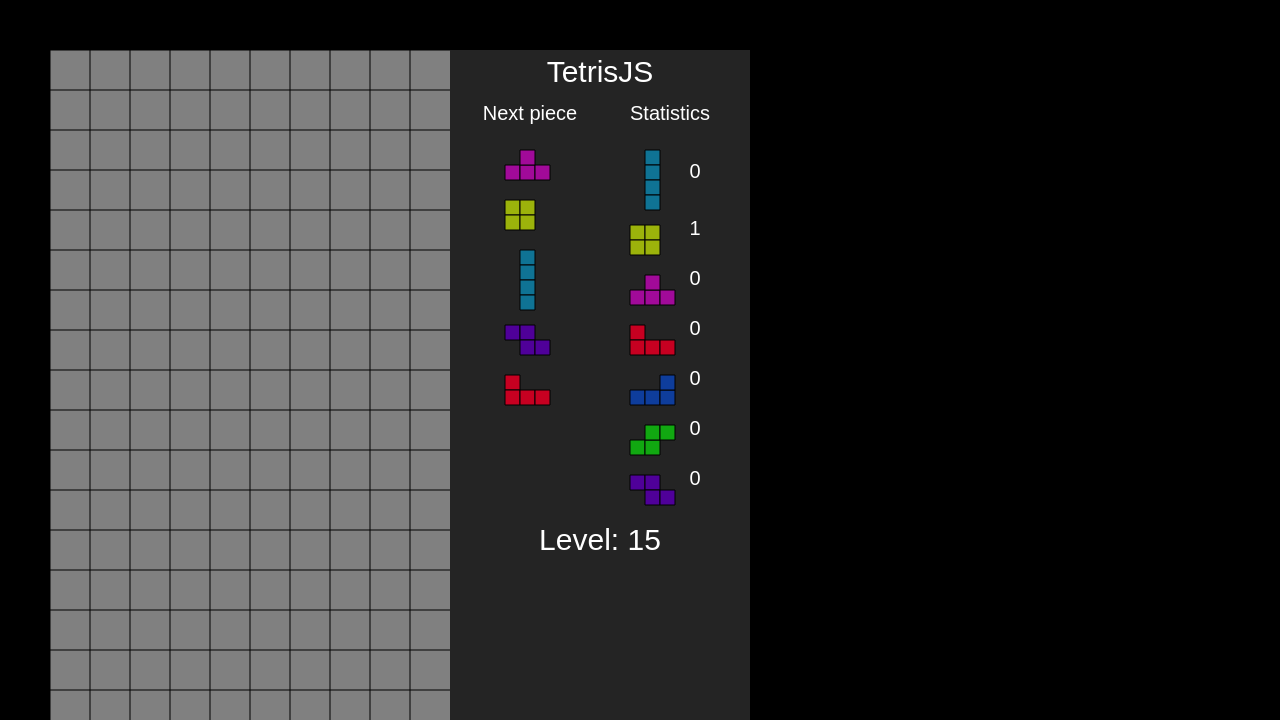
Repository: hosua/TetrisJS
Page: index.html
These files come from the project's save history. The page is drawn as it stood at one moment and after the next save; the edit follows.
The browser window is 1280 px wide. The pictures show the whole page.

Above is the page before, as saved 2023-11-07 20:00:43.

### index.html
<html lang="en">
	<link rel="stylesheet" href="style.css">
	<head>
		<meta charset="UTF-8" />
		<meta name="viewport" content="width=device-width, initial-scale=1.0" />
		<title>TetrisJS</title>
	</head>
	<body>
		<canvas id="background-canvas" width="700" height="800"></canvas>
		<canvas id="tetris-canvas" width="400" height="800"></canvas>

		<script type="module" src="./src/main.js"></script>
	</body>
</html>

### src/main.js
import { GFX, Tetris, Tetronimo, P_TYPE, KEY } from "./Tetris.js"

const FALL_TICK = 200; // If we ever implement levels, this determines the difficulty
const DELAY_TICK = 200; // additional wait time after a piece lands
const CLEAR_DELAY = 200; // additional wait time before a line is cleared

let gfx = new GFX();
let tetris = new Tetris(15);

function handle_input(e) {
	let keycode = e.keyCode;
	console.log(`Pressing ${keycode}`);
	switch (keycode) {
		case KEY.LEFT:
		case KEY.RIGHT:
		case KEY.DOWN:
			tetronimo.move(keycode, tetris);
			break;
		case KEY.X:
		case KEY.Z:
			tetronimo.rotate(keycode, tetris);
			break;
		case KEY.SPACE:
			tetronimo.hard_drop(tetris);
			break;
	}
	gfx.draw_all_game_elements(tetris.grid, tetronimo);
}

document.addEventListener('keydown', (e) => { return handle_input(e); });

let tetronimo = tetris.queue.shift();
tetris.piece_counter[tetronimo.type]++;

while (true) {
	while (!tetris.check_gameover()) {
		gfx.draw_ui_all(tetris);
		while (tetronimo.fall(tetris.grid)) {
			gfx.draw_all_game_elements(tetris.grid, tetronimo);
			await new Promise(resolve => setTimeout(resolve, tetris.fall_tick));
			console.log(`fall tick: ${tetris.fall_tick}`);
		}
		tetronimo = tetris.queue.shift();
		tetris.queue.push(tetris.spawn_rand_piece());
		tetris.piece_counter[tetronimo.type]++;

		let lines_cleared_this_turn = tetris.clear_lines();
		if (lines_cleared_this_turn > 0) {
			await new Promise(resolve => setTimeout(resolve, CLEAR_DELAY));
			gfx.draw_all_game_elements(tetris.grid, tetronimo);
			tetris.score_keeper(lines_cleared);
		}
		await new Promise(resolve => setTimeout(resolve, DELAY_TICK));
	}
	gfx = new GFX();
	tetris = new Tetris();
}

### src/Tetris.js
const bg_canvas = document.getElementById("background-canvas");
const tetris_canvas = document.getElementById("tetris-canvas");

const BG_COLOR = "#242424";
const FIELD_COLOR = "grey";
const PLAYFIELD_YMAX = 25;
const PLAYFIELD_XMAX = 10;
const Y_OFF = 5;

export const KEY = {
	SPACE: 32, 								// hard drop
	LEFT: 37, UP: 38, RIGHT: 39, DOWN: 40,  // move piece
	C: 67, 									// hold piece
	P: 80, 									// pause
	X: 88, 									// rotate right
	Z: 90, 									// rotate left
};

export const P_TYPE = {
	NONE: 0,
	I: 1, O: 2, T: 3, S: 4,
	Z: 5, J: 6, L: 7,
}

const P_COLORS = {
	[P_TYPE.I]: "#0f7394", [P_TYPE.O]: "#9cb30b", [P_TYPE.T]: "#a10a99",
	[P_TYPE.S]: "#11a811", [P_TYPE.Z]: "#4f0099", [P_TYPE.J]: "#c70021",
	[P_TYPE.L]: "#0e3d9c",
}

export class Tetronimo {
	constructor(piece_type) {
		this.type = piece_type;
		this.origin = [0, 0];
		this.blocks = Array(4).fill([0, 0]); // block positions relative to origin
		this.spawn_piece();
	}

	print() {
		console.log(this.origin);
		console.log(this.blocks);
	}

	// Since collision detection can usually be solved by checking mins and maxes, some helper methods
	// for getting them are implemented
	min_x() {
		let res = Number.MAX_SAFE_INTEGER;
		for (let block of this.blocks)
			res = Math.min(res, block[0] + this.origin[0]);
		return res;
	}

	max_x() {
		let res = Number.MIN_SAFE_INTEGER;
		for (let block of this.blocks)
			res = Math.max(res, block[0] + this.origin[0]);
		return res;
	}

	min_y() {
		let res = Number.MAX_SAFE_INTEGER;
		for (let block of this.blocks)
			res = Math.min(res, block[1] + this.origin[1]);
		return res;
	}

	max_y() {
		let res = Number.MIN_SAFE_INTEGER;
		for (let block of this.blocks)
			res = Math.max(res, block[1] + this.origin[1]);
		return res;
	}

	// check if valid move by making a copy of the tetronimo's new position and checking if there is
	// any overlap with the grid.
	// Returns true if the new move is valid
	check_move(grid, dx, dy) {
		for (let block of this.blocks) {
			let nx = this.origin[0] + dx + block[0];
			let ny = this.origin[1] + dy + block[1];
			if (grid[ny][nx] !== P_TYPE.NONE)
				return false;
		}
		return true;
	}

	spawn_piece() {
		this.origin = [5, 4];
		switch (this.type) {
			case P_TYPE.I:
				this.blocks = [[0, -1], [0, 0], [0, 1], [0, 2]];
				break;
			case P_TYPE.O:
				this.blocks = [[-1, -1], [-1, 0], [0, -1], [0, 0]];
				break;
			case P_TYPE.T:
				this.blocks = [[-1, 0], [0, 0], [1, 0], [0, -1]];
				break;
			case P_TYPE.S:
				this.blocks = [[-1, 0], [0, 0], [0, -1], [1, -1]];
				break;
			case P_TYPE.Z:
				this.blocks = [[-1, -1], [0, -1], [0, 0], [1, 0]];
				break;
			case P_TYPE.J:
				this.blocks = [[-1, -1], [-1, 0], [0, 0], [1, 0]];
				break;
			case P_TYPE.L:
				this.blocks = [[-1, 0], [0, 0], [1, 0], [1, -1]];
				break;
		}
	}

	// This will check the grid to see if the piece can fall down. If it can, it will move piece down once.
	// returns true if still falling
	fall(grid) {
		let can_fall = true;
		for (let block of this.blocks) {
			let x = this.origin[0] + block[0];
			let y = this.origin[1] + block[1];
			// console.log(x, y);
			// check if min y pos is at bottom
			if (y === PLAYFIELD_YMAX - 1) { // at bottom
				can_fall = false;
			} else if (grid[y + 1][x] !== P_TYPE.NONE) { // if below piece is non-empty
				can_fall = false;
			}
			if (!can_fall)
				break;
		}


		if (can_fall) {
			// move down
			this.origin[1] += 1;
		} else {
			// set to grid
			for (let block of this.blocks) {
				let x = this.origin[0] + block[0];
				let y = this.origin[1] + block[1];
				grid[y][x] = this.type;
			}
		}

		return can_fall;
	}

	move(keycode, tetris) {

		switch (keycode) {
			case KEY.LEFT:
				if (this.min_x() > 0 && this.check_move(tetris.grid, -1, 0))
					this.origin[0]--;
				break;
			case KEY.DOWN:
				if (this.max_y() < PLAYFIELD_YMAX - 1 && this.check_move(tetris.grid, 0, +1)) {
					this.origin[1]++;
					tetris.score += 1; // This will add 1 extra point for every block hard/soft dropped.
				}
				break;
			case KEY.RIGHT:
				if (this.max_x() < PLAYFIELD_XMAX - 1 && this.check_move(tetris.grid, +1, 0))
					this.origin[0]++;
				break;
			case KEY.UP: // This should be removed when were no longer testing
				if (this.max_y() > 0 && this.check_move(tetris.grid, 0, -1))
					this.origin[1]--;
				break;
			default:
				console.log("Error: Move has wrong key: ", keycode);
				break;
		}
	}

	rotate(keycode, tetris) {
		// We cannot rotate O
		if (this.type === P_TYPE.O)
			return;

		// Returns the rotated version of the blocks.
		const get_rotated = (keycode) => {
			// This is a separate function because we want a copy of the rotated
			// piece before actually rotating it to check if the rotation overlaps
			// with another piece, or falls outside the boundaries of the tetris.grid.
			let rotated = this.blocks.map((coord) => { return coord.slice() }); // create hard copy
			if (keycode === KEY.Z) {
				for (let coord of rotated) {
					let x = coord[0];
					let y = coord[1];
					coord[0] = y;
					coord[1] = -x;
				}
			} else if (keycode === KEY.X) {
				for (let coord of rotated) {
					let x = coord[0];
					let y = coord[1];
					coord[0] = -y;
					coord[1] = x;
				}
			}
			return rotated;
		}

		let can_rotate = true;
		let rotated = get_rotated(keycode);
		for (let rot of rotated) {
			let rx = this.origin[0] + rot[0];
			let ry = this.origin[1] + rot[1];
			// first, check if rotated position is within the boundaries of the grid
			if (rx < 0 || rx >= PLAYFIELD_XMAX || ry < 0 || ry >= PLAYFIELD_YMAX) {
				can_rotate = false;
				break;
			}
			// second, check if the rotated position overlaps with any
			// other pieces already on the grid
			if (tetris.grid[ry][rx] !== P_TYPE.NONE) {
				can_rotate = false;
				break;
			}
		}
		if (can_rotate)
			this.blocks = rotated;
	}

	hard_drop(tetris) {
		while (this.fall(tetris.grid)) {
			this.move(KEY.DOWN, tetris);
		}
	}
}

// Actual Tetris Logic
export class Tetris {
	constructor(start_level = 0) {
		this.grid = Array(PLAYFIELD_YMAX).fill().map(
			() => Array(PLAYFIELD_XMAX).fill(P_TYPE.NONE)
		);
		this.piece_counter = { [P_TYPE.I]: 0, [P_TYPE.O]: 0, [P_TYPE.T]: 0, [P_TYPE.J]: 0, [P_TYPE.L]: 0, [P_TYPE.S]: 0, [P_TYPE.Z]: 0 }

		this.score = 0;
		this.level = start_level;
		this.lines_cleared = 0;
		this.tetris_count = 0;
		this.fall_tick = 0; // ms per grid
		this.update_fall_speed();

		this.queue = [];
		this.populate_queue()
	}

	print_grid() { console.log(this.grid); }

	populate_queue(n = 10) {
		this.queue = [];
		for (let i = 0; i < n; i++)
			this.queue.push(this.spawn_rand_piece())
	}

	// If any pieces land above where the game renders, it's game over
	check_gameover() {
		for (let y = 3; y < 5; y++) {
			for (let x = 0; x < PLAYFIELD_XMAX; x++) {
				if (this.grid[y][x] !== P_TYPE.NONE) {
					console.log("Game over!");
					return true;
				}
			}
		}
		return false;
	}

	spawn_rand_piece() {
		let rand_type = Math.round(Math.random() * (P_TYPE.L - 1) + 1);
		return new Tetronimo(rand_type);
	}

	// checks and clears all full lines, returns how many lines were cleared
	clear_lines() {
		console.log("Checking for full lines");
		let lines_cleared = 0;
		// Do a downward scan to see if line is full
		for (let y = 5; y < PLAYFIELD_YMAX; y++) {
			console.log(`y: ${y}`);
			let is_full = true;

			// scan the line
			for (let x = 0; x < PLAYFIELD_XMAX; x++) {
				if (this.grid[y][x] === P_TYPE.NONE) {
					is_full = false;
					break;
				}
			}

			if (is_full) {
				console.log(`Detected full line at ${y}`);
				// clear the current line
				for (let x = 0; x < PLAYFIELD_XMAX; x++) {
					this.grid[y][x] = P_TYPE.NONE;
				}
				// shift all lines above from current y coordinate down 1
				for (let yy = y; yy >= 5; yy--) {
					this.grid[yy] = this.grid[yy - 1]
				}
				lines_cleared++; // will be used for scoring when it's implemented
			}
		}
		return lines_cleared;
	}

	score_keeper(lines_cleared) {
		// n = level
		// 1 line 		2 line 			3 line 			4 line
		// 40 * (n + 1)	100 * (n + 1)	300 * (n + 1)	1200 * (n + 1)
		switch (lines_cleared) {
			case 1:
				this.score += 40 * (this.level + 1);
				break;
			case 2:
				this.score += 100 * (this.level + 1);
				break;
			case 3:
				this.score += 300 * (this.level + 1);
				break;
			case 4:
				this.score += 1200 * (this.level + 1);
				break;
		}
	}

	// When level up happens, speed up the fall speed.
	update_fall_speed() {
		if (this.level < 9)
			this.fall_tick = (48 - (5 * (this.level + 1))) * 61;
		else if (this.level == 9)
			this.fall_tick = 6 * 61;
		else if (this.level < 13)
			this.fall_tick = 5 * 61;
		else if (this.level < 16)
			this.fall_tick = 4 * 61;
		else if (this.level < 16)
			this.fall_tick = 3 * 61;
		else if (this.level < 19)
			this.fall_tick = 2 * 61;
		else
			this.fall_tick = 1 * 61;
	}
}

// Tetronimo objects for drawing UI
const TET_UI = [
	new Tetronimo(P_TYPE.I),
	new Tetronimo(P_TYPE.O),
	new Tetronimo(P_TYPE.T),
	new Tetronimo(P_TYPE.J),
	new Tetronimo(P_TYPE.L),
	new Tetronimo(P_TYPE.S),
	new Tetronimo(P_TYPE.Z),
]

export class GFX {
	constructor() {
		bg_canvas.style.position = "absolute";
		tetris_canvas.style.position = "absolute";
		bg_canvas.style.top = "50";
		bg_canvas.style.left = "50";
		tetris_canvas.style.top = "50";
		tetris_canvas.style.left = "50";
		this.ui_offset = tetris_canvas.width;
		this.ui_width = bg_canvas.width - tetris_canvas.width;
	}


	draw_playfield() {
		const ctx = tetris_canvas.getContext("2d");
		ctx.fillStyle = FIELD_COLOR;
		ctx.fillRect(0, 0, tetris_canvas.width, tetris_canvas.height);
	}

	draw_gridlines() {
		const ctx = tetris_canvas.getContext("2d");
		const horiz_inc = tetris_canvas.height / 20;
		const vert_inc = tetris_canvas.width / 10;

		// Draw horizontal lines
		for (let y = 0; y < tetris_canvas.height; y += horiz_inc) {
			ctx.beginPath();
			ctx.moveTo(0, y);
			ctx.lineTo(tetris_canvas.width, y);
			ctx.stroke();
		}
		// Draw vertical lines
		for (let x = 0; x < tetris_canvas.width; x += vert_inc) {
			ctx.beginPath();
			ctx.moveTo(x, 0);
			ctx.lineTo(x, tetris_canvas.height);
			ctx.stroke();
		}
	}

	// Draw the actual pieces and shit on the 2d grid (except the piece currently in motion)
	draw_grid_elements(grid) {
		const ctx = tetris_canvas.getContext("2d");
		const horiz_inc = tetris_canvas.height / 20;
		const vert_inc = tetris_canvas.width / 10;

		for (let y = PLAYFIELD_YMAX - 1; y >= PLAYFIELD_YMAX - 20; y--) {
			for (let x = 0; x < PLAYFIELD_XMAX; x++) {
				// dx, dy are drawing coords
				let dx = x * horiz_inc;
				let dy = (y - Y_OFF) * vert_inc;
				if (grid[y][x] != P_TYPE.NONE) {
					ctx.fillStyle = P_COLORS[grid[y][x]];
					ctx.beginPath();
					ctx.rect(dx, dy, horiz_inc, vert_inc);
					ctx.fill();
					ctx.stroke();
				}
			}
		}
	}

	// this will draw the tetronimo in motion
	// We are avoiding putting the tetronimo on the actual grid until it lands, this way we don't
	// have to handle creating and destroying the blocks every time it shifts down once.
	draw_falling_tetronimo(tetronimo) {
		const ctx = tetris_canvas.getContext("2d");
		const horiz_inc = tetris_canvas.height / 20;
		const vert_inc = tetris_canvas.width / 10;

		let origin = tetronimo.origin;
		let blocks = tetronimo.blocks;
		let p_type = tetronimo.type;

		ctx.fillStyle = P_COLORS[p_type];
		for (let block of blocks) {
			let dx = (origin[0] + block[0]) * horiz_inc;
			let dy = (origin[1] + block[1] - Y_OFF) * vert_inc;
			ctx.beginPath();
			ctx.rect(dx, dy, horiz_inc, vert_inc);
			ctx.fill();
			ctx.stroke();
		}
	}

	draw_all_game_elements(grid, tetronimo) {
		// this.draw_background();
		this.draw_playfield();
		this.draw_grid_elements(grid);
		this.draw_gridlines();
		this.draw_falling_tetronimo(tetronimo);
	}

	/* UI drawing methods below */

	draw_ui_all(tetris) {
		this.draw_ui_background();
		this.draw_ui_text("TetrisJS", 30, this.ui_offset + (this.ui_width / 2), 32);
		this.draw_ui_stats(tetris.piece_counter);
		this.draw_ui_queue(tetris);
		this.draw_ui_text("Made by Hoswoo", 20, this.ui_offset + (this.ui_width / 2), bg_canvas.height - 25);
		this.draw_ui_score(tetris);
		this.draw_ui_level(tetris)
	}

	draw_ui_background() {
		const ctx = bg_canvas.getContext("2d");
		ctx.fillStyle = BG_COLOR;
		ctx.fillRect(0, 0, bg_canvas.width, bg_canvas.height);
	}

	draw_ui_mini_piece(tetronimo, x, y) {
		const ctx = bg_canvas.getContext("2d");
		const dim = 15;
		const x_off = -100;
		const y_off = -625;

		let origin = tetronimo.origin;
		let blocks = tetronimo.blocks;
		let p_type = tetronimo.type;

		ctx.fillStyle = P_COLORS[p_type];

		for (let block of blocks) {
			let dx = x + x_off + (origin[0] + block[0]) * dim;
			let dy = y + y_off + (origin[1] + block[1]) * dim;
			ctx.beginPath();
			ctx.rect(dx, dy, dim, dim);
			ctx.fill();
			ctx.stroke();
		}
	}

	draw_ui_text(text, size, x, y) {
		const ctx = bg_canvas.getContext("2d");
		ctx.font = size.toString() + "px Arial";
		ctx.textAlign = "center";
		ctx.fillStyle = "white";
		ctx.fillText(text, x, y);
	}

	draw_ui_queue(tetris, count = 5) { // Draw 'count' next pieces
		let x = this.ui_offset + 80;
		let y = this.ui_offset + 280;
		let y_inc = 50;

		this.draw_ui_text("Next piece", 20, x, 70);
		for (let i = 0; i < count; i++) {
			let piece = tetris.queue[i];
			this.draw_ui_mini_piece(piece, x + 15, y);
			if (piece.type == P_TYPE.I)
				y += 25;
			y += y_inc;
		}
	}

	draw_ui_stats(piece_counter) {
		let x = this.ui_offset + 220;
		let x_gap = 25;
		let y = this.ui_offset + 355;
		let y_inc = 50;
		let i_piece = TET_UI[0];

		this.draw_ui_text("Statistics", 20, x, 70);
		this.draw_ui_mini_piece(i_piece, x, this.ui_offset + 280);
		this.draw_ui_text(piece_counter[P_TYPE.I].toString(), 20, x + x_gap, 128);

		let dy = 185;
		let dy_inc = 50;
		for (let i = 1; i < TET_UI.length; i++) {
			let piece = TET_UI[i];
			this.draw_ui_mini_piece(piece, x, y);
			this.draw_ui_text(piece_counter[piece.type], 20, x + x_gap, dy);
			y += y_inc;
			dy += dy_inc;
		}
	}

	draw_ui_score(tetris) {
		let x = this.ui_offset + 150;
		let y = 740;
		this.draw_ui_text(`Score ${tetris.score.toString().padStart(10, '0')}`, 30, x, y);
	}

	draw_ui_level(tetris) {
		let x = this.ui_offset + 150;
		let y = 500;
		this.draw_ui_text(`Level: ${tetris.level.toString().padStart(2, '0')}`, 30, x, y);
	}

	draw_lines_cleared(tetris) { // also displays tetris count
		let x = this.ui_offset + 150;
		let y = 550;
		let y_inc = 50;
		this.draw_ui_text(`Level: ${tetris.lines_cleared.toString().padStart(4, '0')}`, 30, x, y);
		this.draw_ui_text(`Tetris:`)
	}
}

Loaded but not shown: style.css (common file)

After the next save:
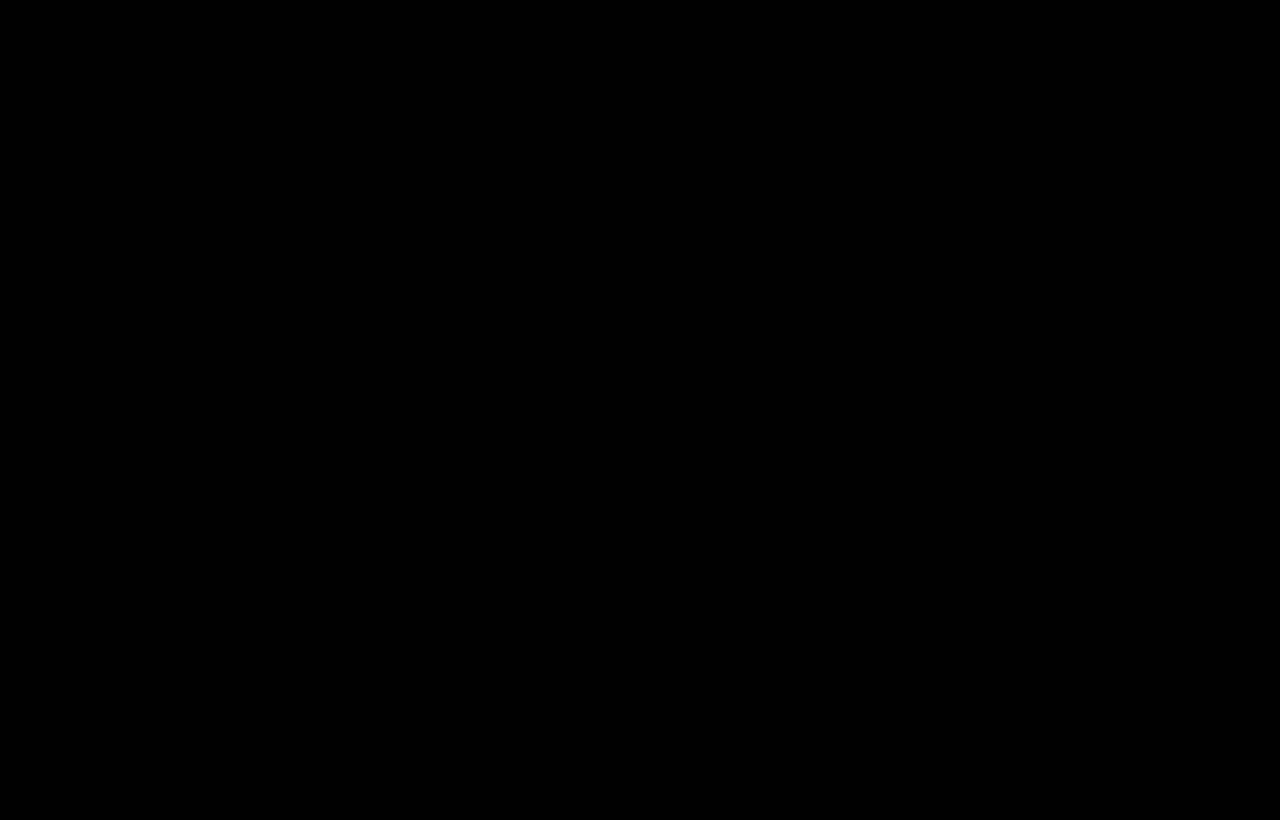
Console error: SyntaxError: Unexpected token '{'
Saved 13 s later.
--- a/src/Tetris.js
+++ b/src/Tetris.js
@@ -538,20 +538,22 @@
 	draw_ui_score(tetris) {
 		let x = this.ui_offset + 150;
 		let y = 740;
-		this.draw_ui_text(`Score ${tetris.score.toString().padStart(10, '0')}`, 30, x, y);
+		this.draw_ui_text(`SCORE`, 30, x, y)
+		${ tetris.score.toString().padStart(10, '0') } `, 30, x, y);
+		this.draw_ui_text(`Score ${ tetris.score.toString().padStart(10, '0') } `, 30, x, y);
 	}
 
 	draw_ui_level(tetris) {
 		let x = this.ui_offset + 150;
 		let y = 500;
-		this.draw_ui_text(`Level: ${tetris.level.toString().padStart(2, '0')}`, 30, x, y);
+		this.draw_ui_text(`Level: ${ tetris.level.toString().padStart(2, '0') } `, 30, x, y);
 	}
 
 	draw_lines_cleared(tetris) { // also displays tetris count
 		let x = this.ui_offset + 150;
 		let y = 550;
 		let y_inc = 50;
-		this.draw_ui_text(`Level: ${tetris.lines_cleared.toString().padStart(4, '0')}`, 30, x, y);
-		this.draw_ui_text(`Tetris:`)
+		this.draw_ui_text(`Level: ${ tetris.lines_cleared.toString().padStart(4, '0') } `, 30, x, y);
+		this.draw_ui_text(`Tetris: `)
 	}
 }

After the 2 saves that followed:
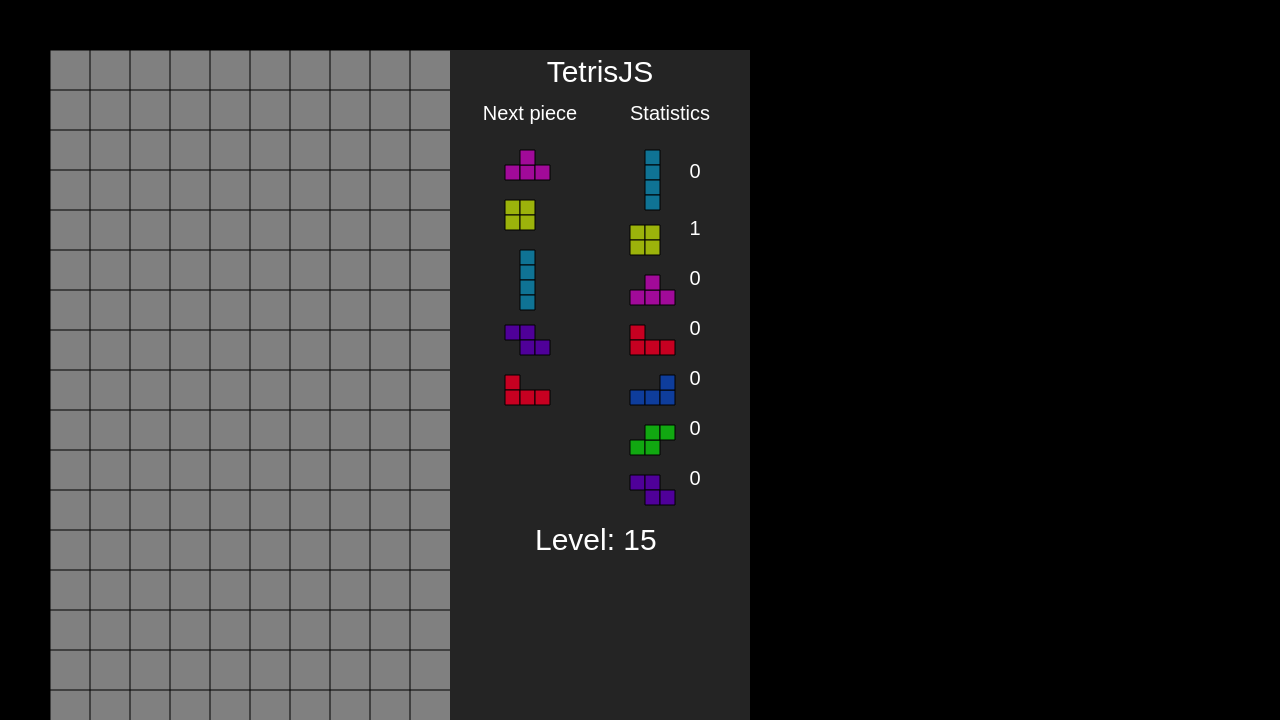
The error is gone.
The 2 saves are shown as one change because they came seconds apart.
The last was saved 39 s later.
--- a/src/Tetris.js
+++ b/src/Tetris.js
@@ -538,22 +538,24 @@
 	draw_ui_score(tetris) {
 		let x = this.ui_offset + 150;
 		let y = 740;
-		this.draw_ui_text(`SCORE`, 30, x, y)
-		${ tetris.score.toString().padStart(10, '0') } `, 30, x, y);
-		this.draw_ui_text(`Score ${ tetris.score.toString().padStart(10, '0') } `, 30, x, y);
+		let y_inc = 50;
+		let y_gap = 100;
+		this.draw_ui_text(`SCORE`, 30, x, y);
+		this.draw_ui_text(`${tetris.score.toString().padStart(10, '0')}`, 30, x, y);
+		this.draw_ui_text(`Score ${tetris.score.toString().padStart(10, '0')} `, 30, x, y);
 	}
 
 	draw_ui_level(tetris) {
 		let x = this.ui_offset + 150;
 		let y = 500;
-		this.draw_ui_text(`Level: ${ tetris.level.toString().padStart(2, '0') } `, 30, x, y);
+		this.draw_ui_text(`Level: ${tetris.level.toString().padStart(2, '0')} `, 30, x, y);
 	}
 
 	draw_lines_cleared(tetris) { // also displays tetris count
 		let x = this.ui_offset + 150;
 		let y = 550;
 		let y_inc = 50;
-		this.draw_ui_text(`Level: ${ tetris.lines_cleared.toString().padStart(4, '0') } `, 30, x, y);
+		this.draw_ui_text(`Level: ${tetris.lines_cleared.toString().padStart(4, '0')} `, 30, x, y);
 		this.draw_ui_text(`Tetris: `)
 	}
 }
